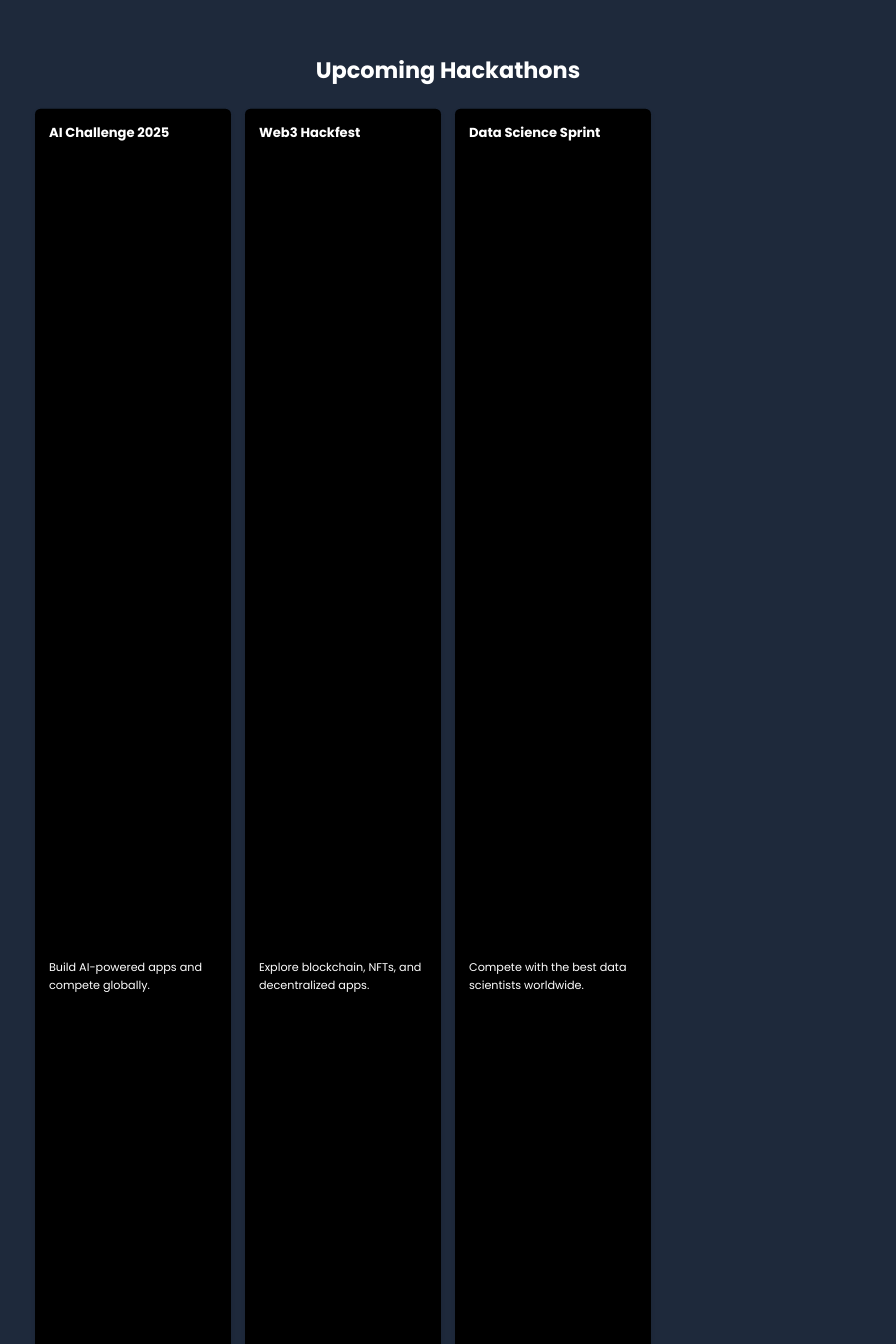
Repository: masihuddin-tech/Hackathon-Project
Page: index.html
The author's editor kept a copy of each file at every save. The page is drawn from the files as they stood at one save, then again after the next save.
The browser window is 1280 px wide. The pictures show the part of the page from y = 725 to 2645 px (the page is 6445 px tall before and 1945 px after), at 70% of full size.
Backgrounds fixed to the window are drawn as part of the page.

Above is the page before, as saved 2025-09-04 10:43:43.
Not found: app.js

After the next save:
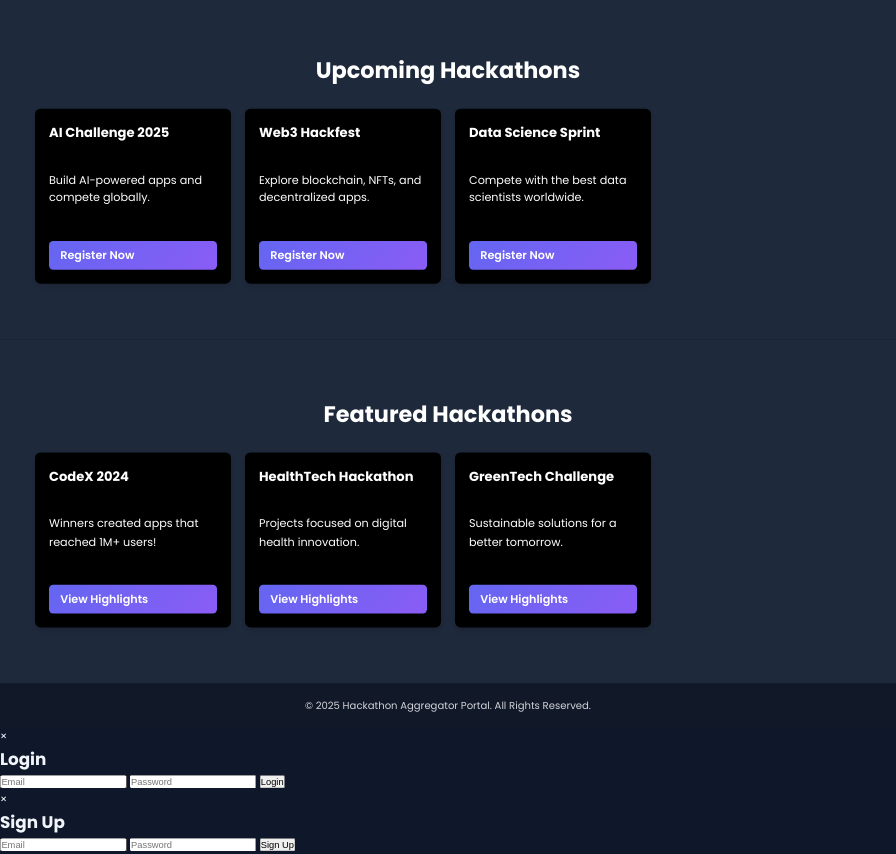
Saved 7 s later.
--- a/style.css
+++ b/style.css
@@ -195,7 +195,7 @@ body {
   padding: 20px;
   box-shadow: 0 4px 8px rgba(0,0,0,0.1);
   transition: transform 0.3s, box-shadow 0.3s;
-  min-height: 2500px;  /* 🔥 Add this to increase card length */
+  min-height: 250px;  /* 🔥 Add this to increase card length */
   display: flex;
   flex-direction: column;
   justify-content: space-between; /* keeps button at bottom */
